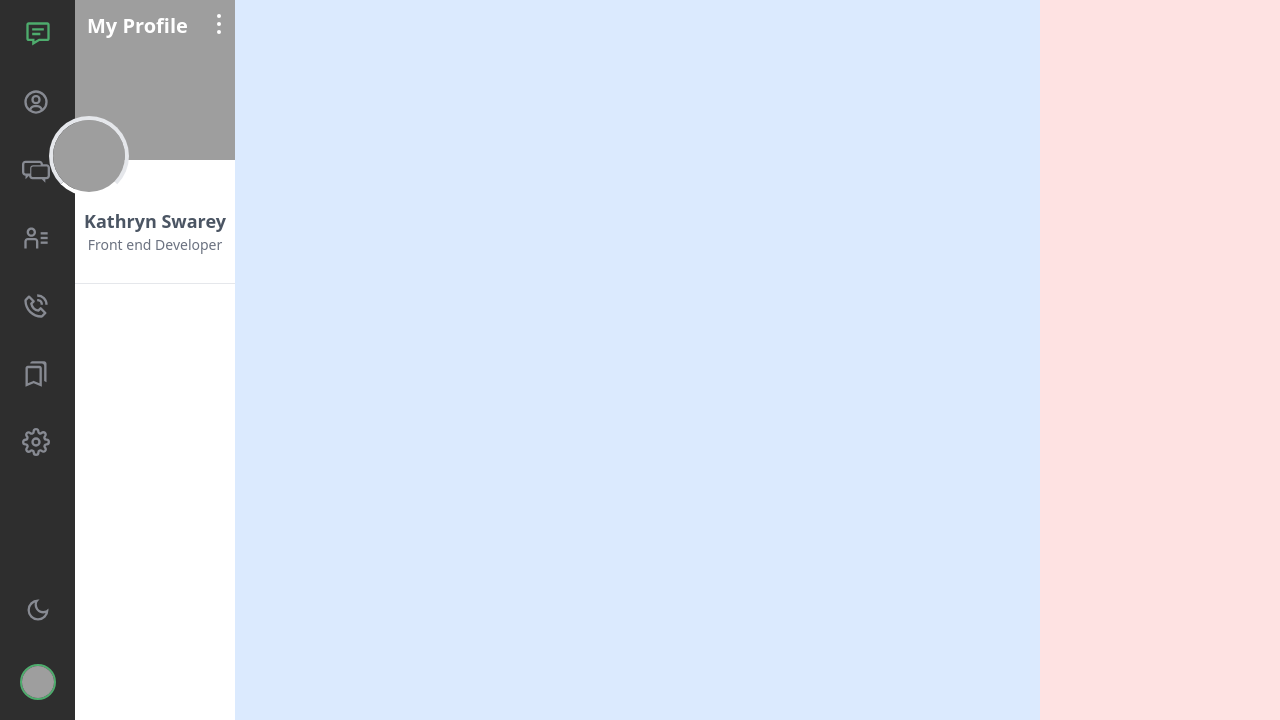
Repository: satya-ranjon/Chat-app
Page: /
An editor plug-in stored every save of this project. The page is shown before and after the next save, followed by the edit.
The browser window is 1280 px wide. The pictures show the whole page.
Pictures or frames that could not be fetched are drawn as grey boxes. The project was rebuilt for these pictures with package versions that can differ from the ones it lists, and the page was loaded fresh each time.

Above is the page before, as saved 2022-03-31 04:02:59.

After the next save:
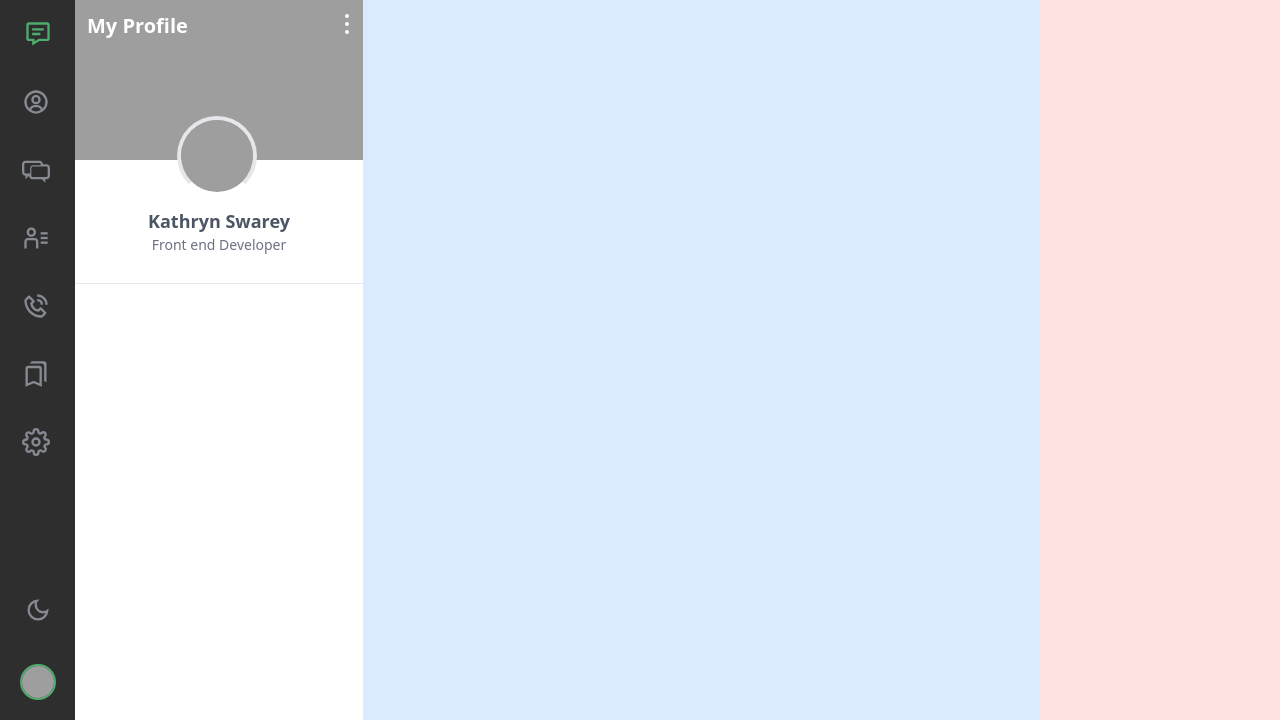
Saved 4 s later.
--- a/src/components/MyProfile/MyProfile.jsx
+++ b/src/components/MyProfile/MyProfile.jsx
@@ -5,7 +5,7 @@ const Image =
 
 export default function MyProfile() {
   return (
-    <div className="sm:w-76 h-screen w-40 ">
+    <div className="sm:w-72 h-screen w-40 ">
       <div className="border-b-[1px] pb-7">
         <div className="relative mb-12">
           <img src={Image} alt={Image} className="w-full h-40" />
